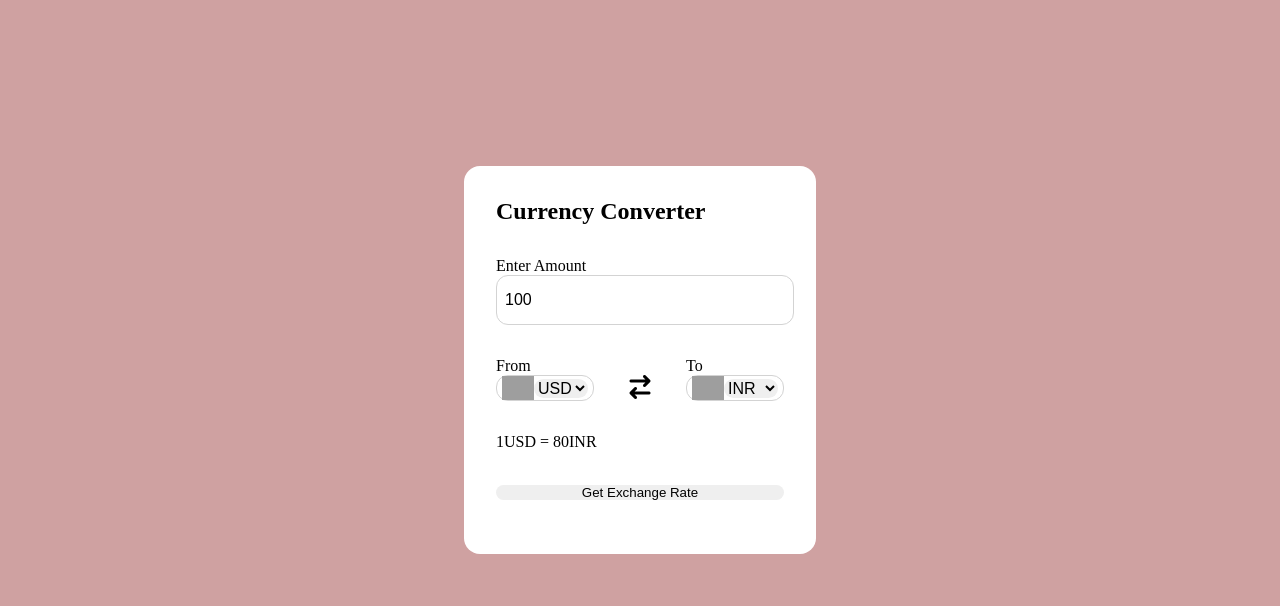
Repository: Chiranshukapil/Currency-Converter
Page: index.html
An editor plug-in stored every save of this project. The page is shown before and after the next save, followed by the edit.
The browser window is 1280 px wide. The pictures show the whole page.
Pictures or frames that could not be fetched are drawn as grey boxes.

Above is the page before, as saved 2024-07-01 04:34:10.

After the next save:
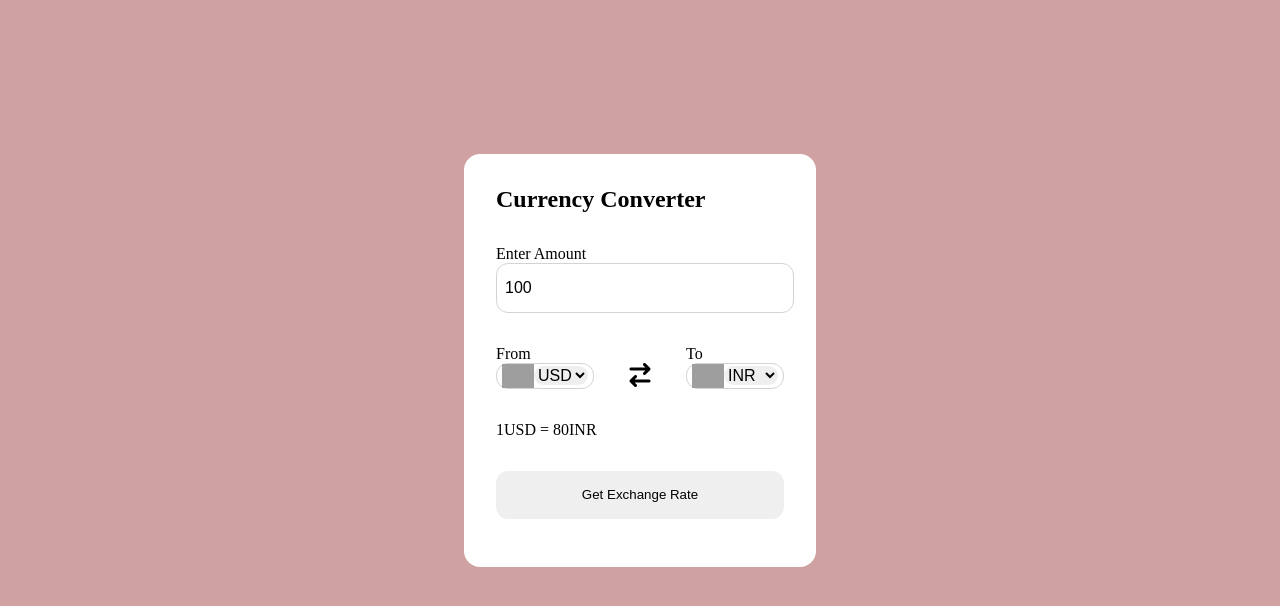
Saved 5 s later.
--- a/style.css
+++ b/style.css
@@ -78,5 +78,5 @@ form input{
 }
 
 form button{
-
+    height: 3rem;
 }
